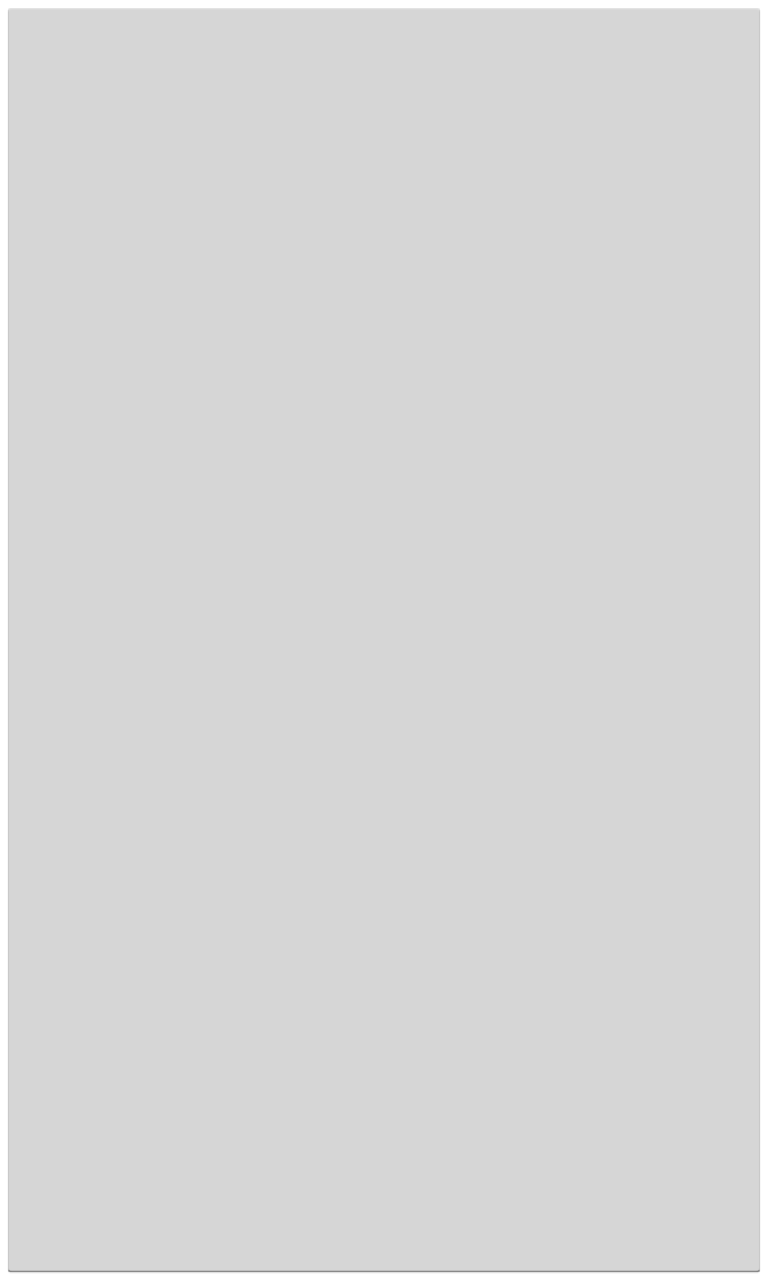
Repository: usbcrodriguez/android
Layout: Aplicacion1/res/layout/activity_main.xml
An editor plug-in stored every save of this project. The layout is shown before and after the next save, followed by the edit.
It is drawn on a 768 x 1280 px phone screen (xhdpi) without system bars, with theme AppTheme; the app's code is not run.

Above is the layout before, as saved 2013-08-20 16:52:37.

### Aplicacion1/res/layout/activity_main.xml
<LinearLayout
    android:layout_width="match_parent"
    android:layout_height="match_parent"
    xmlns:android="http://schemas.android.com/apk/res/android">

    <Button  android:layout_width="match_parent" android:layout_height="match_parent"></Button>


</LinearLayout>

Loaded but not shown: Aplicacion1/res/values/styles.xml (common file); Aplicacion1/res/values-v11/styles.xml (common file); Aplicacion1/res/values-v14/styles.xml (common file)

After the next save:
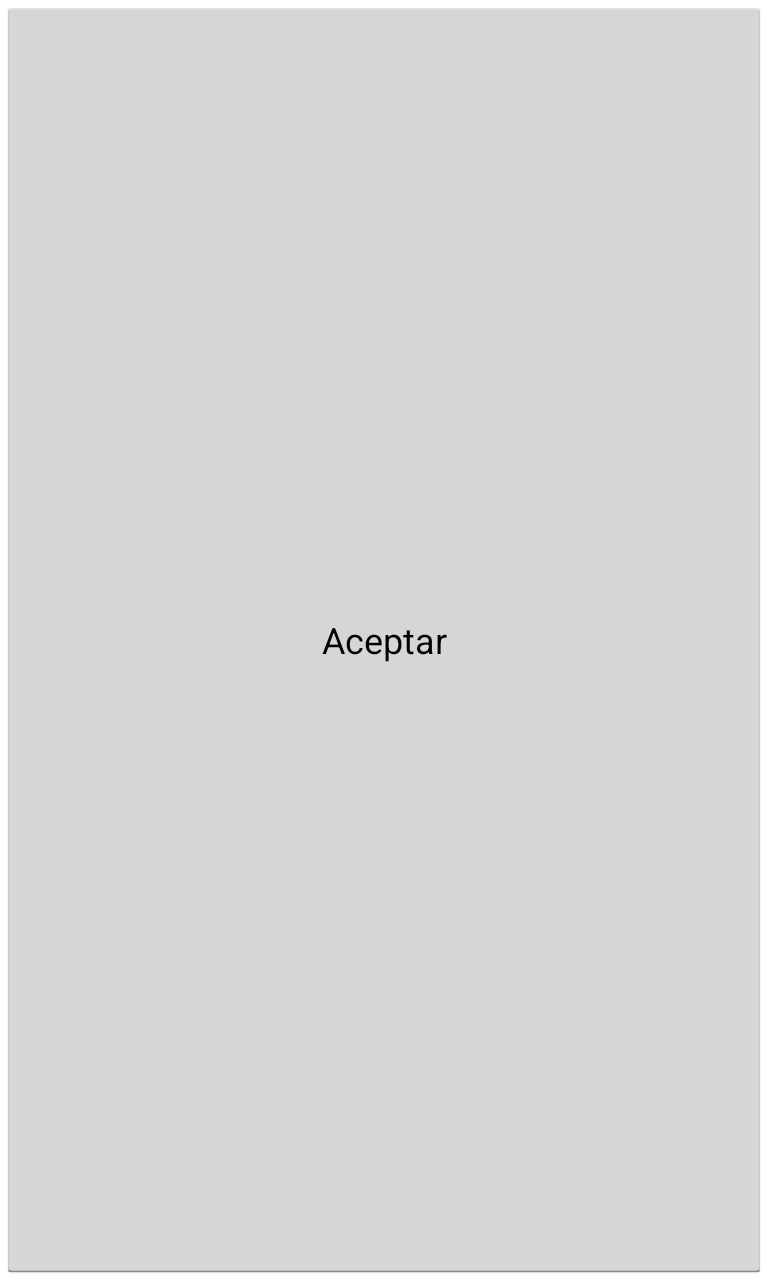
Saved 44 s later.
--- a/Aplicacion1/res/layout/activity_main.xml
+++ b/Aplicacion1/res/layout/activity_main.xml
@@ -3,7 +3,10 @@
     android:layout_height="match_parent"
     xmlns:android="http://schemas.android.com/apk/res/android">
 
-    <Button  android:layout_width="match_parent" android:layout_height="match_parent"></Button>
+    <Button  android:layout_width="match_parent" android:layout_height="match_parent"
+        android:text="Aceptar"
+
+        ></Button>
 
 
 </LinearLayout>
